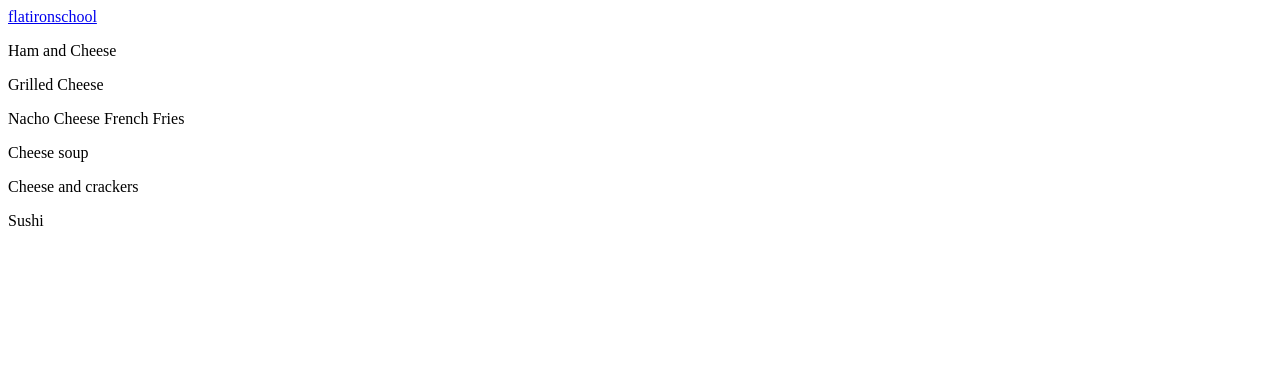
Repository: brianratemo/images.html
Page: index.html
These files come from the project's save history. The page is drawn as it stood at one moment and after the next save; the edit follows.
The browser window is 1280 px wide. The pictures show the whole page.

Above is the page before, as saved 2023-03-20 19:50:37.

### index.html
<a href="https://www.flatironschool.com/"> flatironschool </a>
<body>
    <p>Ham and Cheese</p>
    <p>Grilled Cheese</p>
    <p>Nacho Cheese French Fries</p>
    <p>Cheese soup</p>
    <p>Cheese and crackers</p>
    <p>Sushi</p>
</body>

After the next save:
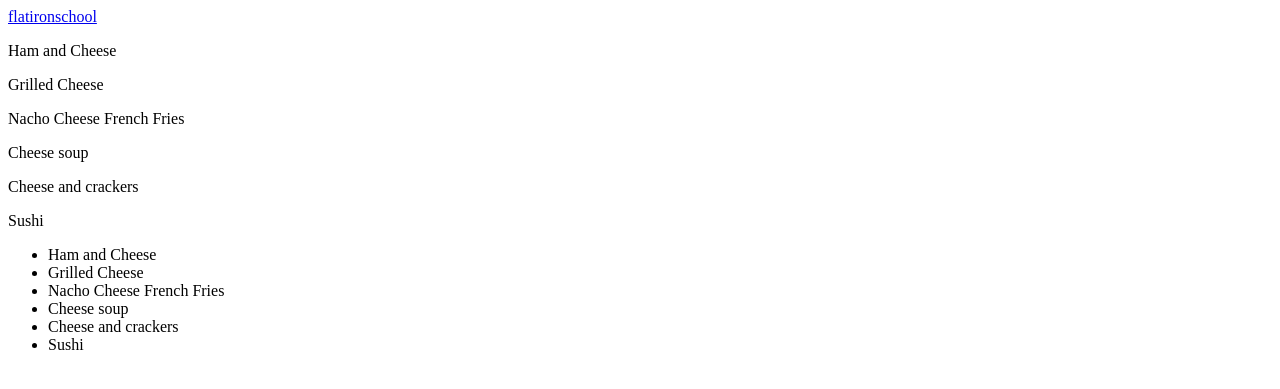
Saved 69 s later.
--- a/index.html
+++ b/index.html
@@ -7,3 +7,11 @@
     <p>Cheese and crackers</p>
     <p>Sushi</p>
 </body>
+<ul>
+    <li>Ham and Cheese</li>
+    <li>Grilled Cheese</li>
+    <li>Nacho Cheese French Fries</li>
+    <li>Cheese soup</li>
+    <li>Cheese and crackers</li>
+    <li>Sushi</li>
+  </ul>
